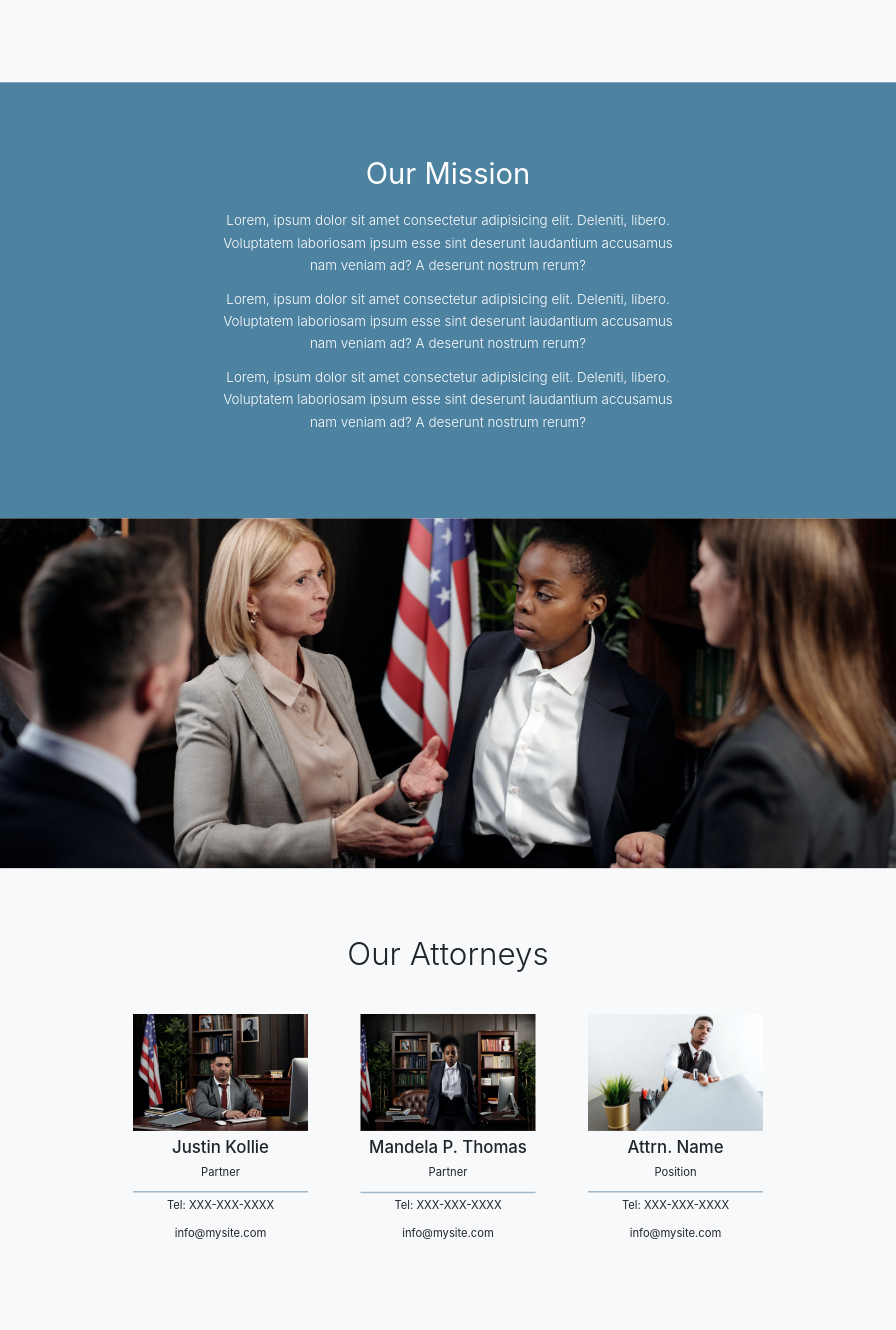
Repository: just-mann/kolllie-kolliellp
Page: index.html
An editor plug-in stored every save of this project. The page is shown before and after the next save, followed by the edit.
The browser window is 1280 px wide. The pictures show the part of the page from y = 1332 to 3232 px (the page is 4556 px tall), at 70% of full size.
Pictures or frames that could not be fetched are drawn as grey boxes. Backgrounds fixed to the window are drawn as part of the page.

Above is the page before, as saved 2021-06-02 05:39:26.

After the next save:
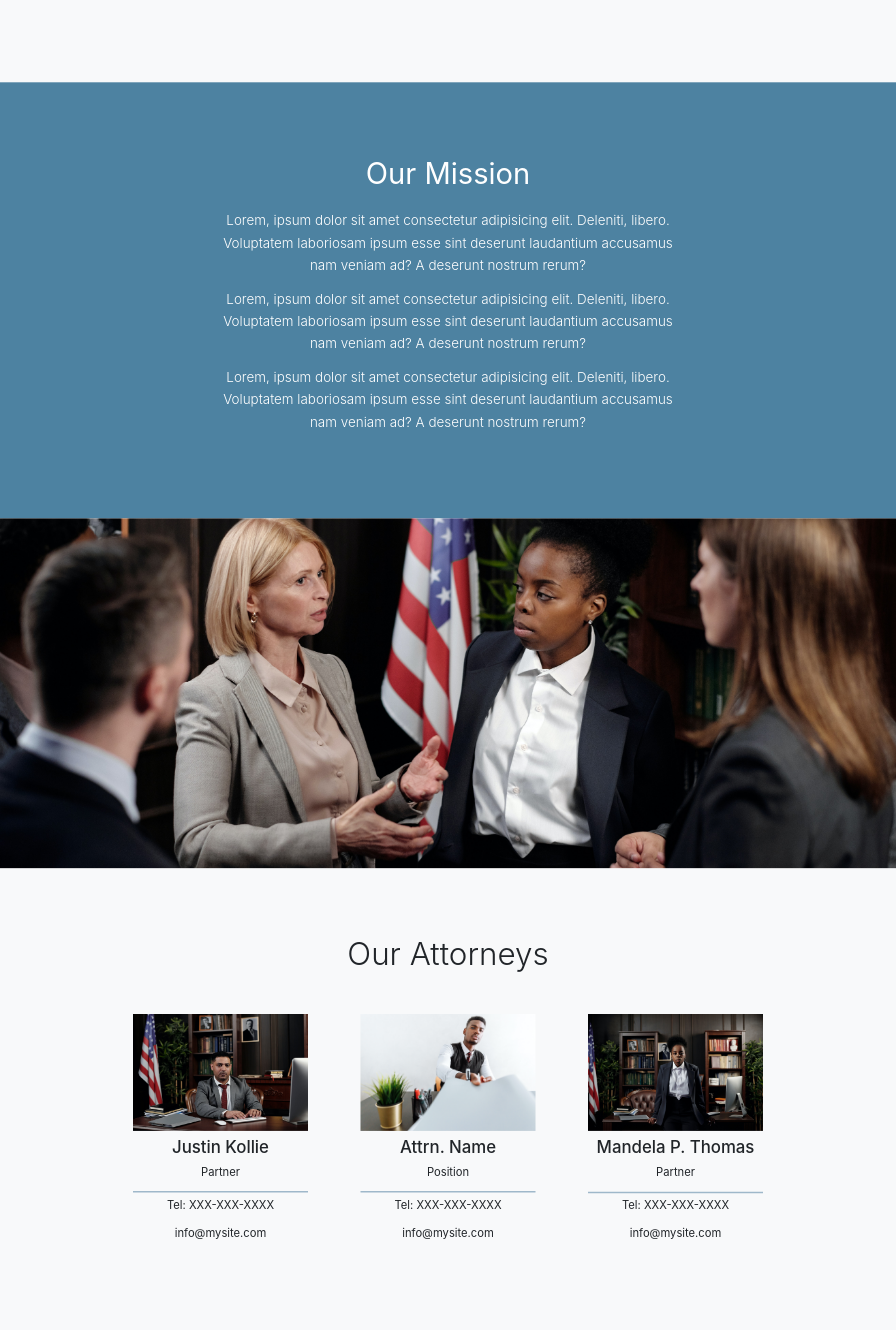
Saved 17 s later.
--- a/index.html
+++ b/index.html
@@ -97,10 +97,10 @@
                     </div>
                 </div>
                 <div class="attCard">
-                    <img src="./assets/images/attrny2.jpg" alt="att1">
+                    <img src="./assets/images/attrny3.jpg" alt="att2">
                     <div class="firstDiv">
-                        <h4>Mandela P. Thomas</h4>
-                        <p>Partner</p>
+                        <h4>Attrn. Name</h4>
+                        <p>Position</p>
                     </div>
                     <div class="secondDiv">
                         <p>Tel: XXX-XXX-XXXX</p>
@@ -108,10 +108,10 @@
                     </div>
                 </div>
                 <div class="attCard">
-                    <img src="./assets/images/attrny3.jpg" alt="att2">
+                    <img src="./assets/images/attrny2.jpg" alt="att1">
                     <div class="firstDiv">
-                        <h4>Attrn. Name</h4>
-                        <p>Position</p>
+                        <h4>Mandela P. Thomas</h4>
+                        <p>Partner</p>
                     </div>
                     <div class="secondDiv">
                         <p>Tel: XXX-XXX-XXXX</p>
